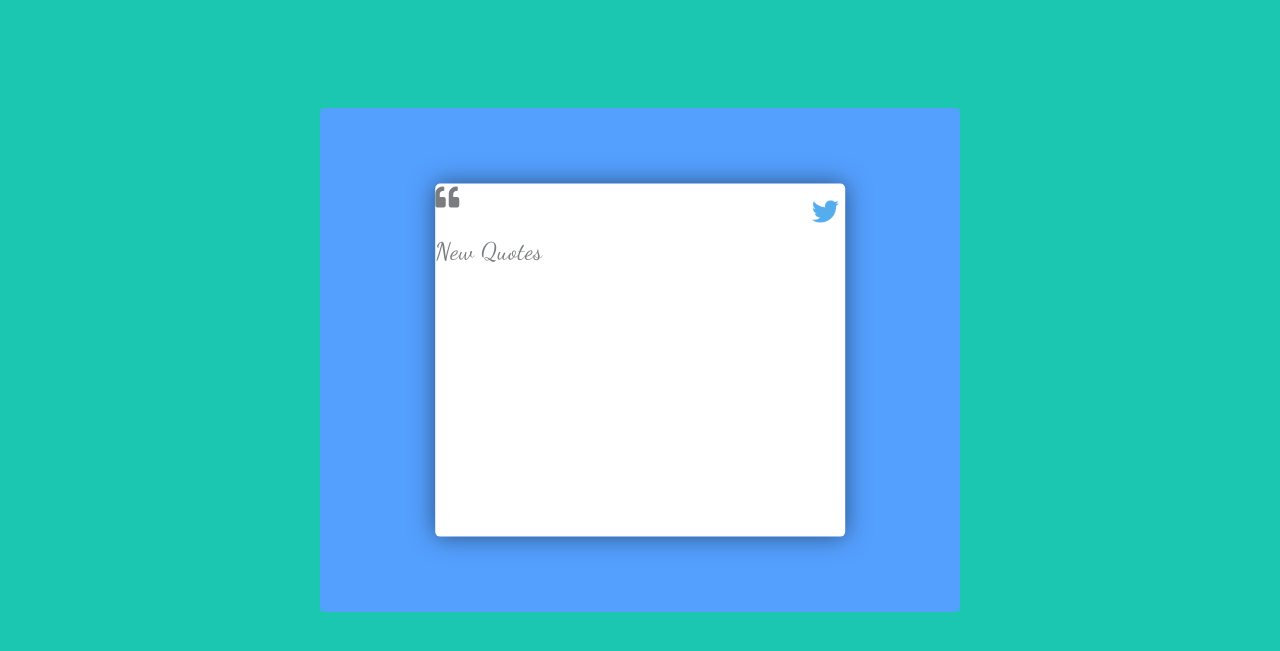
Repository: AalokJadhav/Dynamic_Quotes
Page: index.html
The author's editor kept a copy of each file at every save. The page is drawn from the files as they stood at one save, then again after the next save.
The browser window is 1280 px wide. The pictures show the whole page.
The page's requests for data from a server got no answer. Some web fonts or font styles are not loaded; a fallback is used. Some web libraries are served in a nearby version.

Above is the page before, as saved 2020-11-07 16:08:33.

### index.html
<!DOCTYPE html>
<html lang="en">

<head>
    <meta charset="UTF-8">
    <meta name="viewport" content="width=device-width, initial-scale=1.0">
    <link rel="stylesheet" href="https://cdnjs.cloudflare.com/ajax/libs/font-awesome/5.10.0/css/all.min.css" integrity="sha512-PgQMlq+nqFLV4ylk1gwUOgm6CtIIXkKwaIHp/PAIWHzig/lKZSEGKEysh0TCVbHJXCLN7WetD8TFecIky75ZfQ==" crossorigin="anonymous" />
    <link rel="stylesheet" href="https://unpkg.com/aos@2.3.1/dist/aos.css">
    <link rel="stylesheet" href="style.css">
    <title>Quotes</title>
</head>

<body>

    <div class="container">
        <div class="inner" data-aos="zoom-in">
            <div class="box">
                <p class="number">
                    <img src="images/twitter_logo.png" alt="tweetMe" title="tweetMe" id="tweetMe">
                </p>
                <div class="text">
                    <i class='start-quote fas fa-quote-left'></i>
                    <p id="quotes" class="quote"></p>
                    <p id="author" class="author"></p>
                    <label class="button">
                        <p id="newQ">New Quotes</p>
                    </label>
                </div>
            </div>
        </div>
    </div>

    <script src="https://unpkg.com/aos@2.3.1/dist/aos.js"></script>
    <script>
        AOS.init();
        const quotes = document.getElementById('quotes');
        const author = document.getElementById('author');
        const newQ = document.getElementById('newQ');

        let realData = '';
        let quotesData = '';
        const tweetNow = () => {
            let tweetPost = `https://twitter.com/intent/tweet?text=${quotesData.text} ${quotesData.author}`;
            window.open(tweetPost);
        }
        let getNewQuotes = () => {
            let rnum = Math.floor(Math.random() * 20);
            quotesData = realData[rnum];
            console.log('Quote:', quotesData.text);
            console.log('Author:', quotesData.author);

            quotes.innerText = `${quotesData.text}`;
            // author.innerText = `${quotesData.author}`;
            quotesData.author == null? (author.innerText = 'Unknown'): author.innerText = `${quotesData.author}`

        }
        const getQuotes = async () => {
            const api = 'https://type.fit/api/quotes';
            try {
                let data = await fetch(api);
                realData = await data.json();
                getNewQuotes();
                console.log('Total Quotes Length:', realData.length);
                // console.log(realData[10].author);
            } catch (error) { }
        };
        newQ.addEventListener('click', getNewQuotes);
        tweetMe.addEventListener('click', tweetNow)
        getQuotes();
    </script>
</body>

</html>

### style.css
@charset 'UTF-8';
@import url('https://fonts.googleapis.com/css?family=Dancing+Script|Jpsefin+Sans:600');
:root{
    --main-color: #54a0ff;
    --secondary-color: #b0c8e0;
    --sans: 'josefin sans', sans serif;
}
body {
    background: #1bc7b0;
}

.container {
    position: absolute;
    top: 50%;
    left: 50%;
    transform: translate(-50%, -50%);
    width: 50vw;
    height: 70vh;
    background: var(--main-color);
    border-radius: 5px;
    font-family: "dancing script", cursive;
    overflow: hidden;
    color: #797d7f;
    letter-spacing: 0.5px;
    display: grid;
    place-items: center;
}

.inner {
    position: absolute;
    height: 100%;
    width: 80%;
    opacity: 1;
    -webkit-transition: 1s;
    transition: 1s;
}
.box {
    position: absolute;
    top: 50%;
    left: 50%;
    width: 80%;
    height: 70%;
    -webkit-transform: translate(-50%, -50%);
    transform: translate(-50%, -50%);
    background: #fff;
    border-radius: 5px;
    overflow: hidden;
    box-shadow: 0 0 1.5rem rgba(0, 0, 0, 0.5);
    font-size: 1.5rem;
}

.number :: before {
    content: "";
    position: absolute;
    top: -130px;
    right: -30px;
    width: 90px;
    height: 200px;
    background: var(--secondary-color);
    -webkit-transform: rotate(-45deg);
    transform: rotate(-4deg);
    z-index: -1;
    box-shadow: 0 0 0.7rem rgba(0, 0, 0, 0.5);
}
.number {
    font-family: var(--sans);
    position: absolute;
    margin: 0;
    top: 15px;
    right: 15px;
    color: rgba(255, 255, 255, 0.7);
}
.number img {
    width: 40px;
    height: 40px;
    position: absolute;
    left: -25px;
    top: -7px;
    cursor: pointer;
    animation: root 1s linear;
}

.number:hover img {
    animation: root 1s linear;
}

@keyframes rot{
    from {
        transform: rotate(0deg);
    }
    to {
        transform: rotate(360deg);

    }
}

.quote {
    position: absolute;
    top: 35%;
    left: 50%;
    -webkit-transform: translate(-50%, -50%);
    transform: translate(-50%, -50%);
    width: 80%;
}

After the next save:
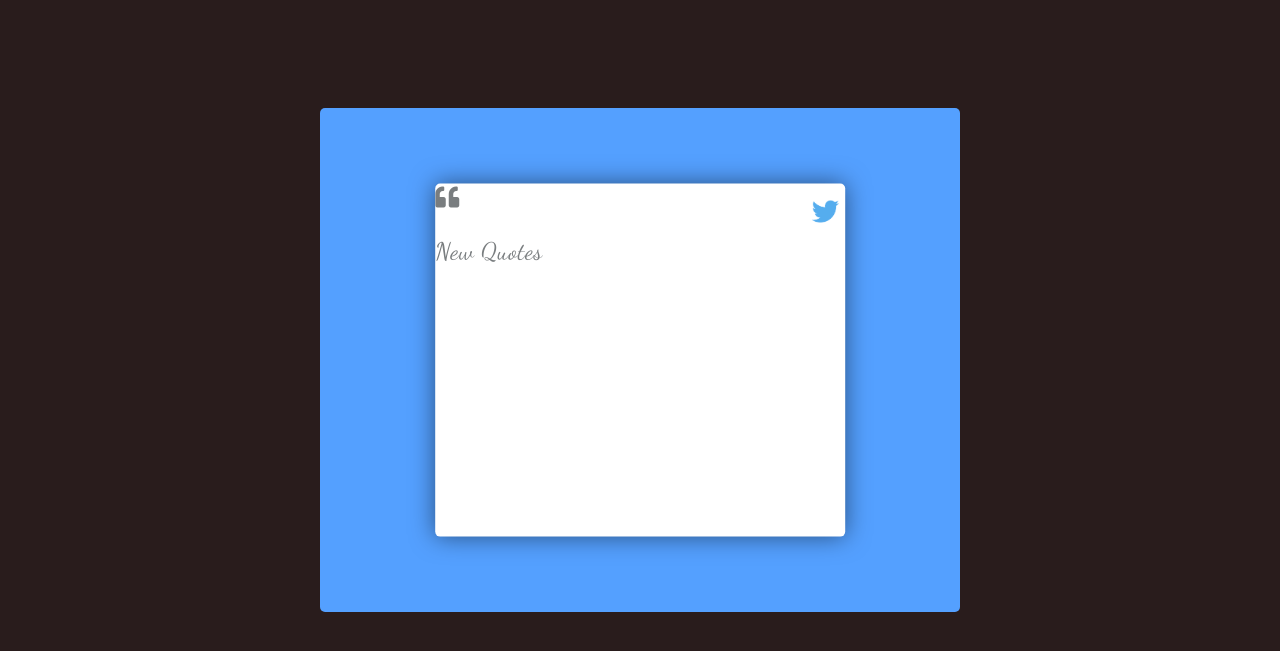
Saved 85 s later.
--- a/style.css
+++ b/style.css
@@ -6,7 +6,7 @@
     --sans: 'josefin sans', sans serif;
 }
 body {
-    background: #1bc7b0;
+    background: #291c1c;
 }
 
 .container {
